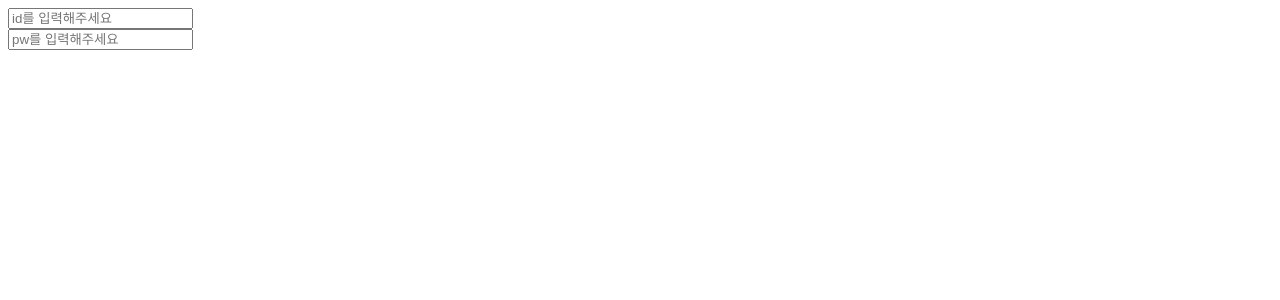
Repository: rmh6363/javastudy
Page: HelloWorld/WebContent/c.html
These files come from the project's save history. The page is drawn as it stood at one moment and after the next save; the edit follows.
The browser window is 1280 px wide. The pictures show the whole page.

Above is the page before, as saved 2020-12-04 06:26:42.

After the next save:
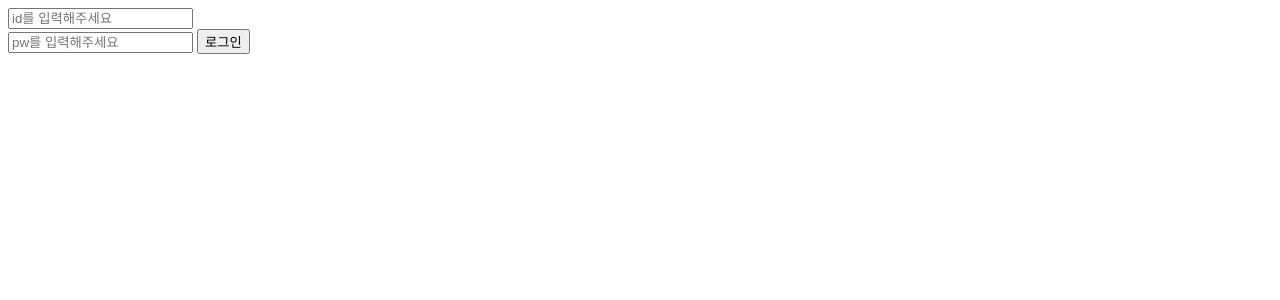
Saved 19 s later.
--- a/HelloWorld/WebContent/c.html
+++ b/HelloWorld/WebContent/c.html
@@ -9,6 +9,7 @@
 <input type="text" placeholder="id를 입력해주세요">
 <br>
 <input type="password" placeholder="pw를 입력해주세요">
+<button>로그인</button>
 </form>
 
 
